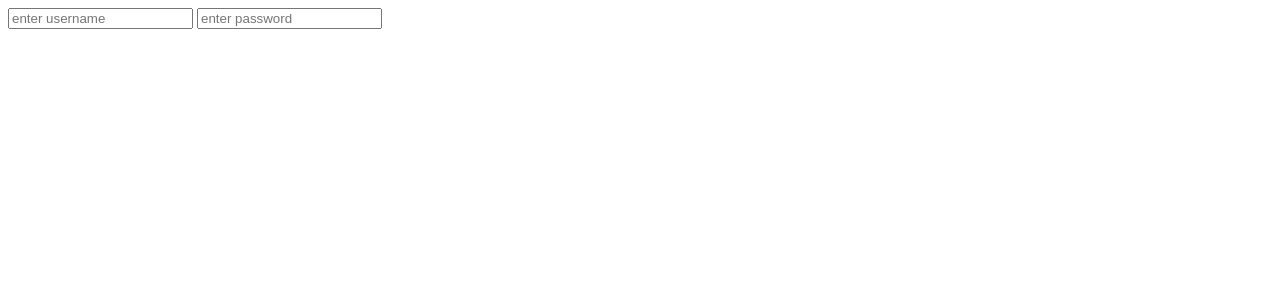
Repository: Tanmay-Kayande/Myportfolio
Page: http://localhost/myproject/login.jsp
These files come from the project's save history. The page is drawn as it stood at one moment and after the next save; the edit follows.
The browser window is 1280 px wide. The pictures show the whole page.
The page is served by Tomcat 9. Other server files are loaded and not shown.

Above is the page before, as saved 2024-01-18 05:36:52.

### myproject/src/main/webapp/login.jsp
<%@ page language="java" contentType="text/html; charset=UTF-8"
    pageEncoding="UTF-8"%>
<!DOCTYPE html>
<html>
<head>
<meta charset="UTF-8">
<title>Login</title>
</head>
<body>

	<form >
		<input type="text" name = "username" placeholder = "enter username" >
		<input type="password" name = "password" placeholder = "enter password" >
	</form>
</body>
</html>

After the next save:
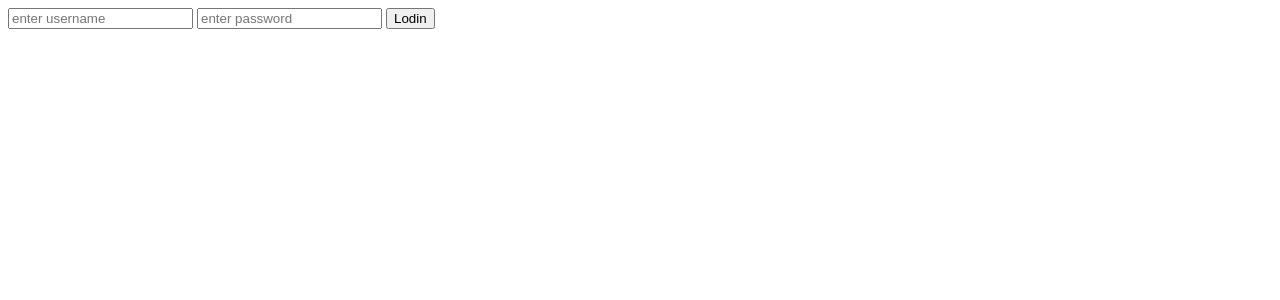
Saved 18 s later.
--- a/myproject/src/main/webapp/login.jsp
+++ b/myproject/src/main/webapp/login.jsp
@@ -11,6 +11,8 @@
 	<form >
 		<input type="text" name = "username" placeholder = "enter username" >
 		<input type="password" name = "password" placeholder = "enter password" >
+		<button>Lodin</button>
+
 	</form>
 </body>
 </html>
